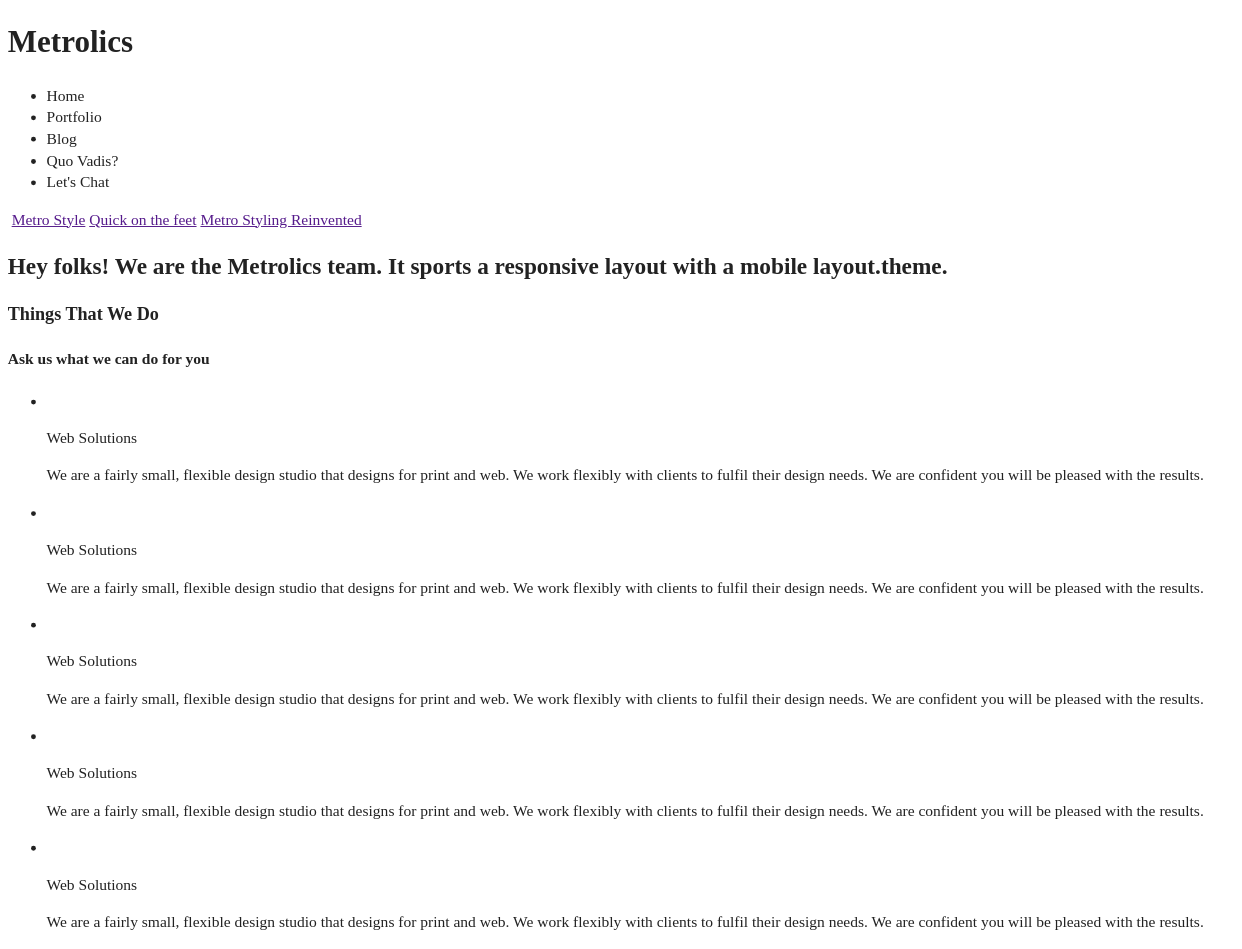
Repository: kaitlynlew/Lab02-Metrolics
Page: index.html
The author's editor kept a copy of each file at every save. The page is drawn from the files as they stood at one save, then again after the next save.
The browser window is 1280 px wide. The pictures show the whole page, at 97% of full size.

Above is the page before, as saved 2025-01-22 15:16:13.

After the next save:
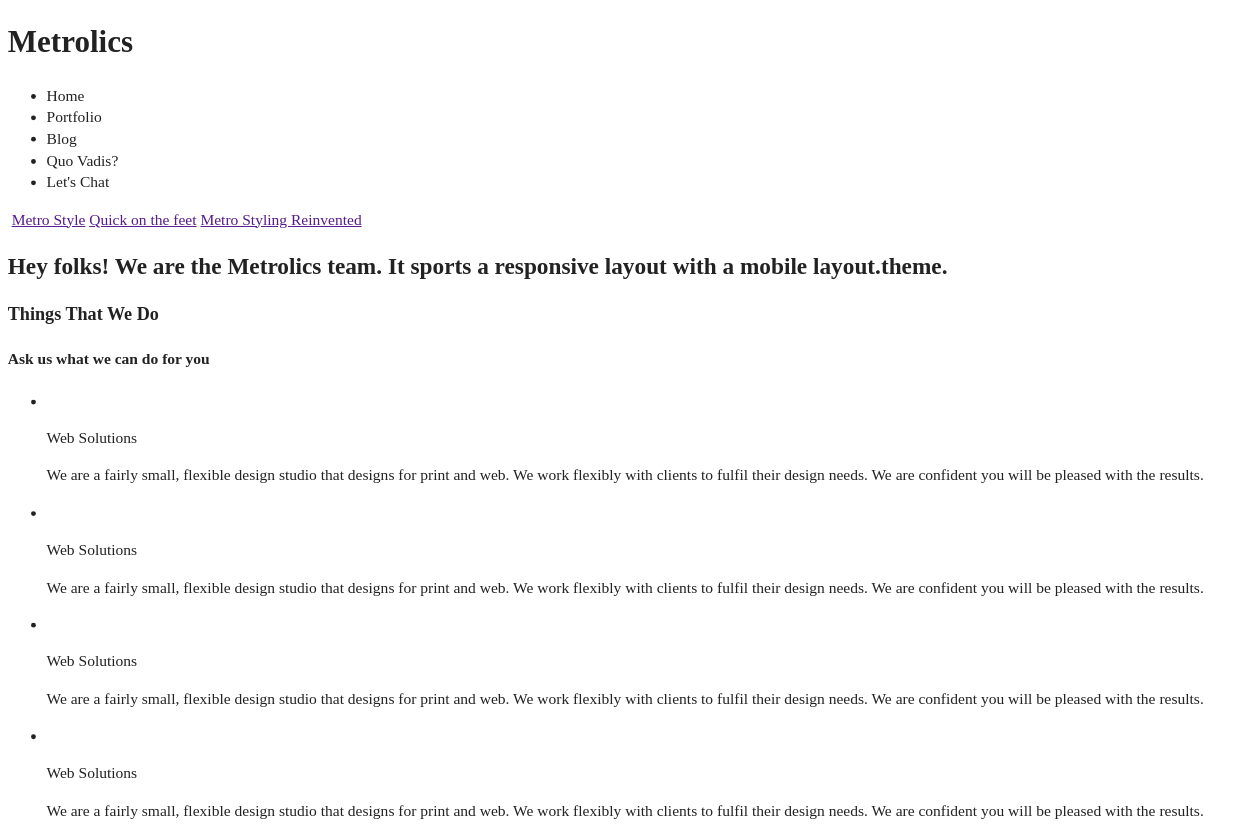
Saved 20 s later.
--- a/index.html
+++ b/index.html
@@ -70,12 +70,6 @@
                 <p>We are a fairly small, flexible design studio that designs for print and web. We work flexibly with clients to fulfil their design needs. We are confident you will be pleased with the results.</p>
             </li>
         </ul>
-        <ul>
-            <li><img src="">
-                <p>Web Solutions</p>
-                <p>We are a fairly small, flexible design studio that designs for print and web. We work flexibly with clients to fulfil their design needs. We are confident you will be pleased with the results.</p>
-            </li>
-        </ul>
     </div>
 </section>
 
